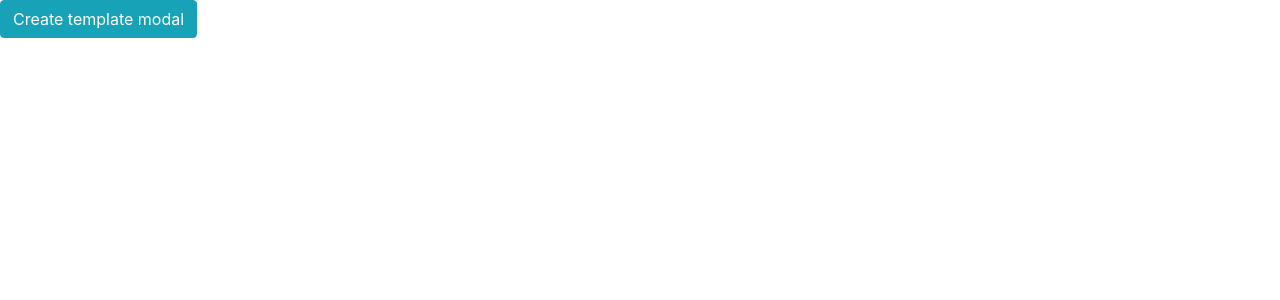
Repository: WildCodeSchool/tours-projet2-nous
Page: /
An editor plug-in stored every save of this project. The page is shown before and after the next save, followed by the edit.
The browser window is 1280 px wide. The pictures show the whole page.
The project was rebuilt for these pictures with package versions that can differ from the ones it lists, and the page was loaded fresh each time. Also part of the build but not shown: angular.json, src/app/home/home.component.ts, src/app/nav-bar/nav-bar.component.ts, src/app/footer/footer.component.ts, src/app/searchbar/searchbar.component.ts.

Above is the page before, as saved 2019-04-03 13:19:00.

After the next save:
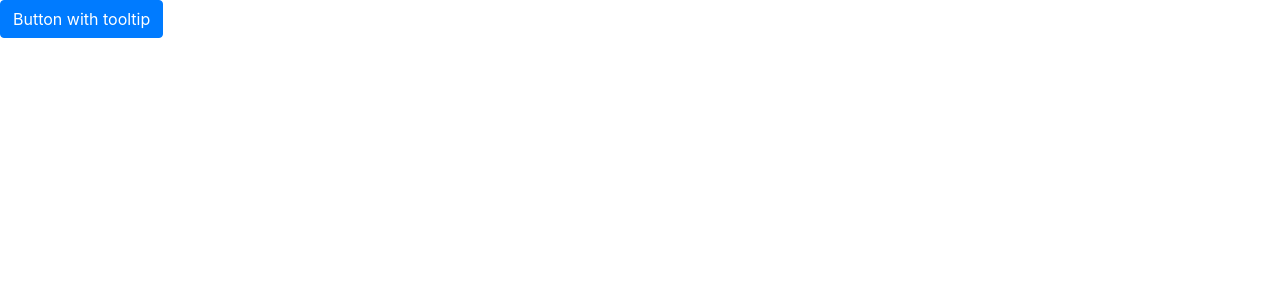
Saved 2 min 0 s later.
--- a/src/app/app.component.html
+++ b/src/app/app.component.html
@@ -1,17 +1,6 @@
 
 <router-outlet></router-outlet>
-<button type="button" class="btn btn-info"
-        (click)="openModal(template)">Create template modal</button>
-
-<ng-template #template>
-    <div class="modal-header">
-        <h4 class="modal-title pull-left">Modal</h4>
-        <button type="button" class="close pull-right"
-                aria-label="Close" (click)="modalRef.hide()">
-      <span aria-hidden="true">&times;</span>
-    </button>
-    </div>
-    <div class="modal-body">
-        This is a modal.
-    </div>
-</ng-template>
+<button type="button" class="btn btn-primary"
+        tooltip="Vivamus sagittis lacus vel augue laoreet rutrum faucibus.">
+Button with tooltip
+</button>
